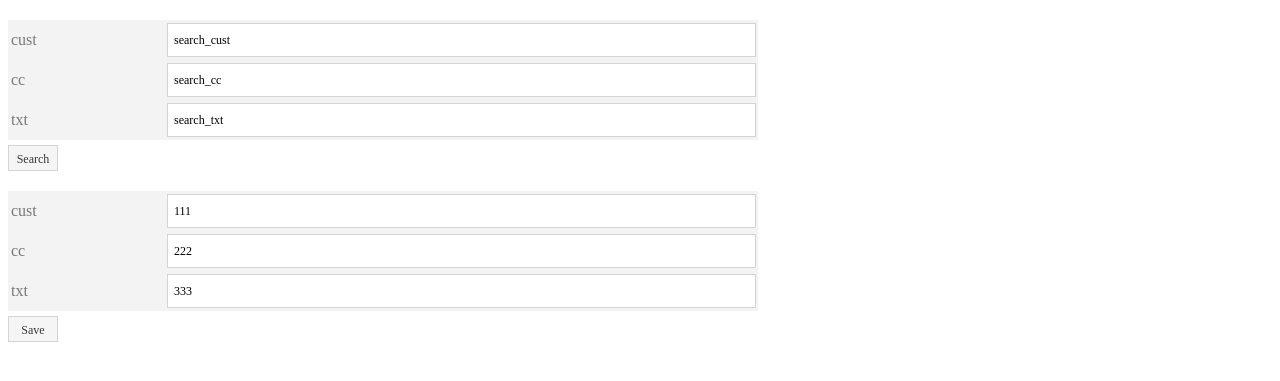
Repository: moonyohan1/react-recoil-ts
Page: / (app in 3.Input/)
An editor plug-in stored every save of this project. The page is shown before and after the next save, followed by the edit.
The browser window is 1280 px wide. The pictures show the whole page.
The project was rebuilt for these pictures with package versions that can differ from the ones it lists, and the page was loaded fresh each time.

Above is the page before, as saved 2022-09-05 15:38:23.

### 3.Input/src/index.tsx
import React from 'react';
import ReactDOM from 'react-dom/client';
import App from './App';


const rootElement = document.getElementById('root');
if (!rootElement) throw new Error('Failed to find the root element');
const root = ReactDOM.createRoot(rootElement);

root.render(
  <React.StrictMode>
    <App />
  </React.StrictMode>
);

### 3.Input/src/App.tsx
import React from "react";
import {
	RecoilRoot,
	atom,
	selector,
	useRecoilState,
	useRecoilValue,
} from "recoil";

import { Form } from "Form/Form";
import {Search} from 'Item/Search';
import {Save} from 'Item/Save';
import './css/index.css'

function App() {
	return (
	  <div className="App">
		<RecoilRoot>
			<div>
				<Form modelKey={'searchModel'}></Form>
				<Search modelKey={'searchModel'}></Search>
			</div>
			<div>
				<Form modelKey={'dataModel'}></Form>
				<Save modelKey={'dataModel'}></Save>
			</div>
		</RecoilRoot>
	  </div>
	);
}

export default App;

### 3.Input/src/Form/Form.tsx
import { Field } from "Field/Field";
import { modelByKey } from './state';
import { useRecoilValue, useSetRecoilState, useRecoilState } from 'recoil';

export const Form = ({modelKey}: any) => {
	const model = useRecoilValue(modelByKey(modelKey));

	return (
		<ul
			style={{ maxWidth: "750px" }}
			className={"wrapper-form wrapper-form-state-1"}
			data-render-type={"list"}
		>
			{Object.entries(model).map((item) => {
				return <Field key={item[0]} pid={item[0]} modelKey = {modelKey}></Field>;
			})}
		</ul>
	);
};

### 3.Input/src/Item/Search.tsx

import { useRecoilValue } from 'recoil';
import { modelByKey } from 'Form/state';


export const Search = ({modelKey}) => {
	const value = useRecoilValue(modelByKey(modelKey))
	const onClick = () => {
		window.alert(JSON.stringify(value));
	}

	return (
		<div className="control-set">
			<div className="control">
				<button id="new" className="btn btn-default" onClick={onClick}>Search</button>
			</div>
		</div>
	);
  };

### 3.Input/src/Item/Save.tsx

import { useRecoilValue } from 'recoil';
import { modelByKey } from 'Form/state';
import React from 'react';


export const Save = ({modelKey}) => {
	const value = useRecoilValue(modelByKey(modelKey))
	const onClick = () => {
		window.alert(JSON.stringify(value));
	}

	return (
		<div className="control-set">
			<div className="control">
				<button id="new" className="btn btn-default" onClick={onClick}>Save</button>
			</div>
		</div>
	);
  };

### 3.Input/src/css/index.css
.wrapper-form {
  list-style: none;
  padding: 0;
  margin-top: 20px;
  background-color: #f3f3f3;
  margin-bottom: 5px;
  max-width: none;
}
.wrapper-form, .wrapper-form > li {
  display: -ms-flexbox;
  display: flex;
  -ms-flex-wrap: wrap;
  flex-wrap: wrap;
  -ms-flex-align: center;
  align-items: center;
  position: relative;
}

.wrapper-form-state-1.wrapper-form > li {
    width: 100%;
}
.wrapper-form > li {
    min-height: 31px;
}

.wrapper-form > li > .title {
  color: #777777;
}
.wrapper-form > li > .title, .wrapper-form > li > .form {
  padding: 3px;
}

.wrapper-form > li > .form {
  -ms-flex: 1;
  flex: 1;
  position: relative;
  min-width: 130px;
}

.wrapper-form > li > .title, .wrapper-form > li > .form {
  padding: 3px;
}

.wrapper-form > li > .form .control-set {
  float: none;
  width: 100%;
  margin-right: 0;
}

.control-set {
  display: -ms-flexbox;
  display: flex;
  -ms-flex-wrap: wrap;
  flex-wrap: wrap;
  -ms-flex-align: center;
  align-items: center;
  position: relative;
  word-wrap: break-word;
  word-break: break-word;
}

.control-set .control {
  display: -ms-flexbox;
  display: flex;
  -ms-flex-wrap: wrap;
  flex-wrap: wrap;
  -ms-flex: 1;
  flex: 1;
  -ms-flex-align: center;
  align-items: center;
  position: relative;
  word-wrap: break-word;
  word-break: break-word;
}

.control-set .control > .form-control, .control-set .control > .tags-input, .control-set .control > .well, .control-set .control > .wrapper-attach-file {
  -ms-flex: 1;
  flex: 1;
}

.control-set .control > * {
  margin-right: -1px;
  z-index: 1;
}

.form-control {
  display: block;
  width: 100%;
  height: 26px;
  padding: 3px 6px;
  font-size: 12px;
  line-height: 1.42857143;
  color: #000;
  background-color: #fff;
  border: 1px solid #d4d4d4;
  transition: border-color ease-in-out 0.15s, box-shadow ease-in-out 0.15s;
  outline: 0;
  border-radius: 0;
  -webkit-appearance: none;
}

input, button, select, textarea {
  font-family: inherit;
  font-size: inherit;
  line-height: inherit;
}

.control-set .control .btn {
  /* min-width: 0; */
  max-width: none;
  align-self: stretch;
}

.btn {
  display: inline-block;
  position: relative;
  margin-bottom: 0;
  font-weight: normal;
  text-align: center;
  vertical-align: middle;
  -ms-touch-action: manipulation;
  touch-action: manipulation;
  cursor: pointer;
  background-image: none;
  border: 1px solid transparent;
  white-space: nowrap;
  word-wrap: normal;
  padding: 5px 6px 2px;
  font-size: 12px;
  line-height: 1.42857143;
  user-select: none;
  min-width: 50px;
  transition: all 0.1s ease;
  box-shadow: inset 0 0 0 rgba(255, 255, 255, 0);
}



.btn-default, .btn-default.disabled, .btn-default[disabled], .btn-default.disabled:hover, .btn-default[disabled]:hover, .btn-default.disabled:focus, .btn-default[disabled]:focus, .btn-default.disabled.focus, .btn-default[disabled].focus, .btn-default.disabled.active, .btn-default[disabled].active {
  background-color: #f5f5f5;
  border-color: #d4d4d4;
  color: #333;
  text-shadow: 0 1px 0 rgba(255, 255, 255, 0.5);
}

### 3.Input/src/Field/Field.tsx
import { Title } from "Item/Title";
import { ItemPresenter } from "Item/Input";
import React from "react";

export const Field = ({ pid, modelKey }) => {
	return (
		<li>
			<Title pid={pid}></Title>
			<ItemPresenter pid={pid} modelKey = {modelKey}></ItemPresenter>
		</li>
	);
};

### 3.Input/src/Form/state.ts
import { atom, selector, atomFamily, selectorFamily } from "recoil";
import model from "../metadata/dataModel.json";


export const history: Array<{
	undo: () => void,
  }> = [];


export const Model = atom({
	key: "Model",
	default: model,
	effects: [
		({setSelf, onSet}) => {
			onSet((newValue, oldValue) => {
				history.push({
					undo: () => {
						setSelf(oldValue);
					},
				});

				console.log("==oldValue", oldValue);
				console.log("==newValue", newValue);
			});

			return ()=>{
				//cleanup handler
			}
		},
	  ],
});


export const modelByKey = atomFamily<any, string>({
	key: "modelByKey",
	effects: (key) => [
		({ setSelf, onSet }) => {
			setSelf(model[key]);

			onSet((newValue, oldValue) => {
				console.log(`==${key} newValue:`, newValue);
			});
		},
	],
});

### 3.Input/src/Item/Title.tsx

export const Title = ({pid}) => {
	return (
		<div className="title" style={{"width": "150px"}}>{pid}</div>
	);
  };

### 3.Input/src/Item/Input.tsx
import { useCallback } from "react";
import { useRecoilSnapshot, useRecoilState, useRecoilValue } from "recoil";
import { controlState, controlSelectorState } from "./state";

export const Input = ({ value, onChange }) => {
	return (
		<div className="form">
			<div className="control-set">
				<div className="control">
					<input
						className="form-control "
						placeholder={value}
						value={value}
						onChange={onChange}
					></input>
				</div>
			</div>
		</div>
	);
};

export const ItemPresenter = ({ pid, modelKey }) => {
	const [value, setValue] = useRecoilState(
		controlState({ modelKey: modelKey, pid: pid })
	);

	// const controlSelector = useRecoilValue(controlSelectorState);
	// const [value, setValue] = useRecoilState(controlSelector(pid));

	const onChange = useCallback(
		(e) => {
			setValue(e.target.value);
		},
		[setValue]
	);

	return <Input onChange={onChange} value={value}></Input>;
};

### 3.Input/src/metadata/dataModel.json
{
	"dataModel": {
		"cust": "111",
		"cc": "222",
		"txt": "333"
	},
	"searchModel": {
		"cust": "search_cust",
		"cc": "search_cc",
		"txt": "search_txt"
	}
}

### 3.Input/src/Item/state.ts
import { atom, selector, atomFamily, selectorFamily } from "recoil";
import { modelByKey } from "Form/state";

export const controlState = selectorFamily<any, {modelKey:string, pid: string}>({
	key: "controlSelector",
	get:
		({modelKey, pid}) =>
		({ get }) => {
			return get(modelByKey(modelKey))[pid];
		},
	set:
		({modelKey, pid}) =>
		({ set }, newValue) => {
			set(modelByKey(modelKey), (prevState) => {
				return { ...prevState, [pid]: newValue };
			});
		},
});

export const stateByPid = atomFamily<any, {modelKey:string, pid: string}>({
	key: "modelByKey",
	effects: ({modelKey, pid}) => [
		({ setSelf, onSet }) => {
			setSelf((modelByKey(modelKey))[pid]);

			// onSet((newValue, oldValue) => {
			// 	console.log(`==${key} newValue:`, newValue);
			// });
		},
	],
});

export const controlSelectorState  = atom({
	key:"controlSelectorState",
	default:controlState
})

// export const buttonState = atom({
//    key: "button",
//     default:selectorFamily({
//         key:"button/selector",
//         get:(model_key:string)=>({get})=>{
//             get(modelByKey(model_key));
//         }
//     })
// })

Loaded but not shown: 3.Input/public/index.html (common file)

After the next save:
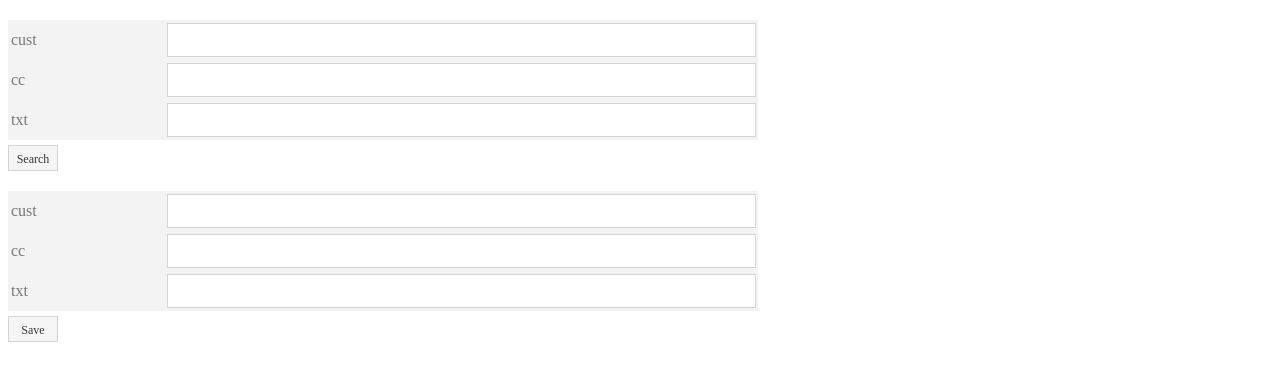
Saved 21 s later.
--- a/3.Input/src/Item/Input.tsx
+++ b/3.Input/src/Item/Input.tsx
@@ -1,6 +1,6 @@
 import { useCallback } from "react";
 import { useRecoilSnapshot, useRecoilState, useRecoilValue } from "recoil";
-import { controlState, controlSelectorState } from "./state";
+import { controlState, controlSelectorState, stateByPid } from "./state";
 
 export const Input = ({ value, onChange }) => {
 	return (
@@ -20,8 +20,12 @@
 };
 
 export const ItemPresenter = ({ pid, modelKey }) => {
+	// const [value, setValue] = useRecoilState(
+	// 	controlState({ modelKey: modelKey, pid: pid })
+	// );
+
 	const [value, setValue] = useRecoilState(
-		controlState({ modelKey: modelKey, pid: pid })
+		stateByPid({ modelKey: modelKey, pid: pid })
 	);
 
 	// const controlSelector = useRecoilValue(controlSelectorState);

After the 3 saves that followed:
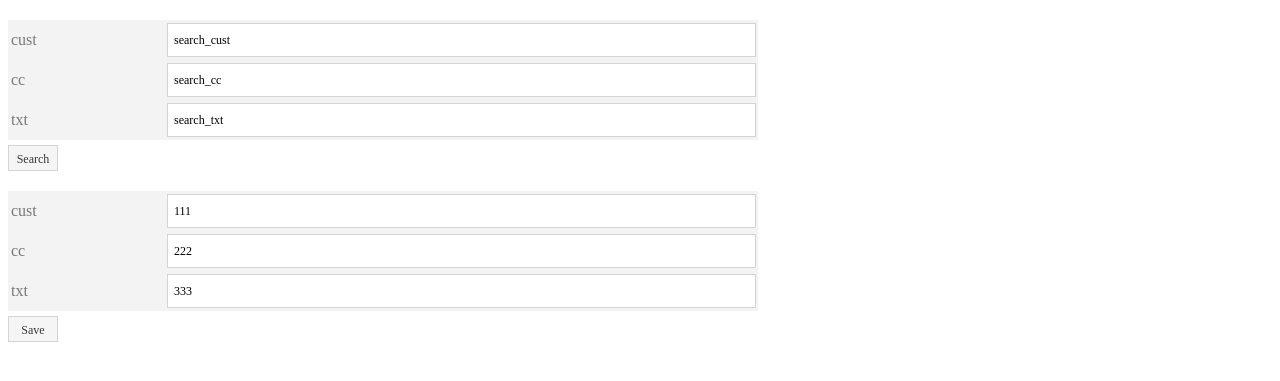
The 3 saves are shown as one change because 2 left the picture as it was.
The last was saved 6 min 18 s later.
--- a/3.Input/src/Item/Input.tsx
+++ b/3.Input/src/Item/Input.tsx
@@ -20,12 +20,8 @@
 };
 
 export const ItemPresenter = ({ pid, modelKey }) => {
-	// const [value, setValue] = useRecoilState(
-	// 	controlState({ modelKey: modelKey, pid: pid })
-	// );
-
 	const [value, setValue] = useRecoilState(
-		stateByPid({ modelKey: modelKey, pid: pid })
+		controlState({ modelKey: modelKey, pid: pid })
 	);
 
 	// const controlSelector = useRecoilValue(controlSelectorState);
--- a/3.Input/src/Item/state.ts
+++ b/3.Input/src/Item/state.ts
@@ -21,6 +21,7 @@ export const stateByPid = atomFamily<any, {modelKey:string, pid: string}>({
 	key: "modelByKey",
 	effects: ({modelKey, pid}) => [
 		({ setSelf, onSet }) => {
+            debugger
 			setSelf((modelByKey(modelKey))[pid]);
 
 			// onSet((newValue, oldValue) => {
